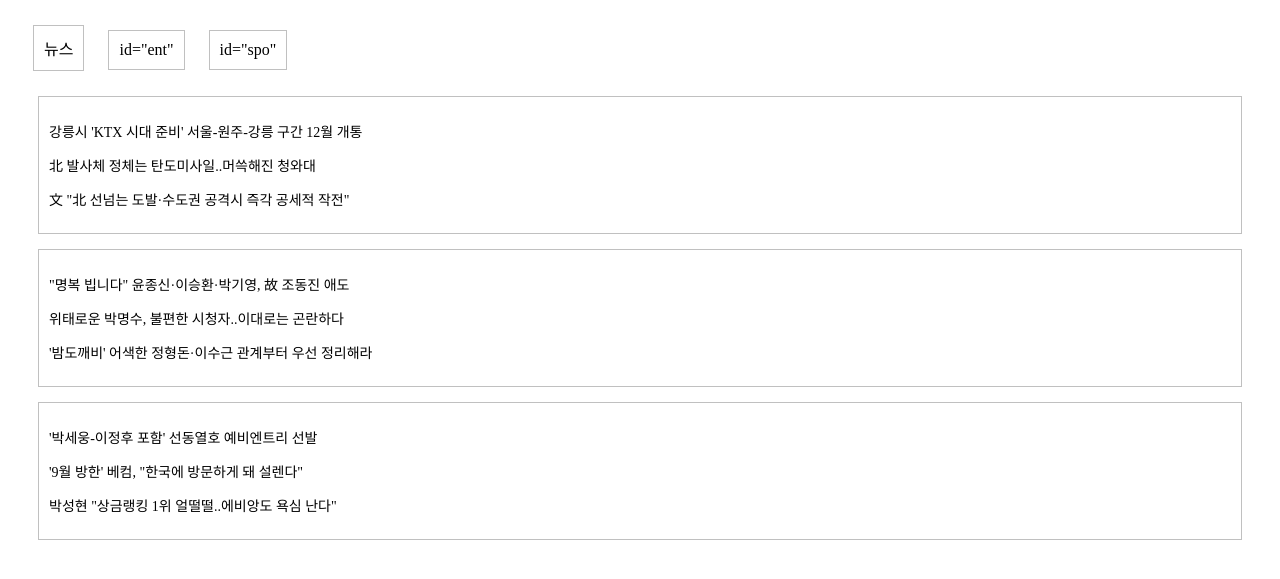
Repository: astute22/web-p
Page: simple-script/WebContent/exercise/sample2.html
The author's editor kept a copy of each file at every save. The page is drawn from the files as they stood at one save, then again after a run of saves.
The browser window is 1280 px wide. The pictures show the whole page.

Above is the page before, as saved 2017-08-28 07:37:48.

After the next 2 saves:
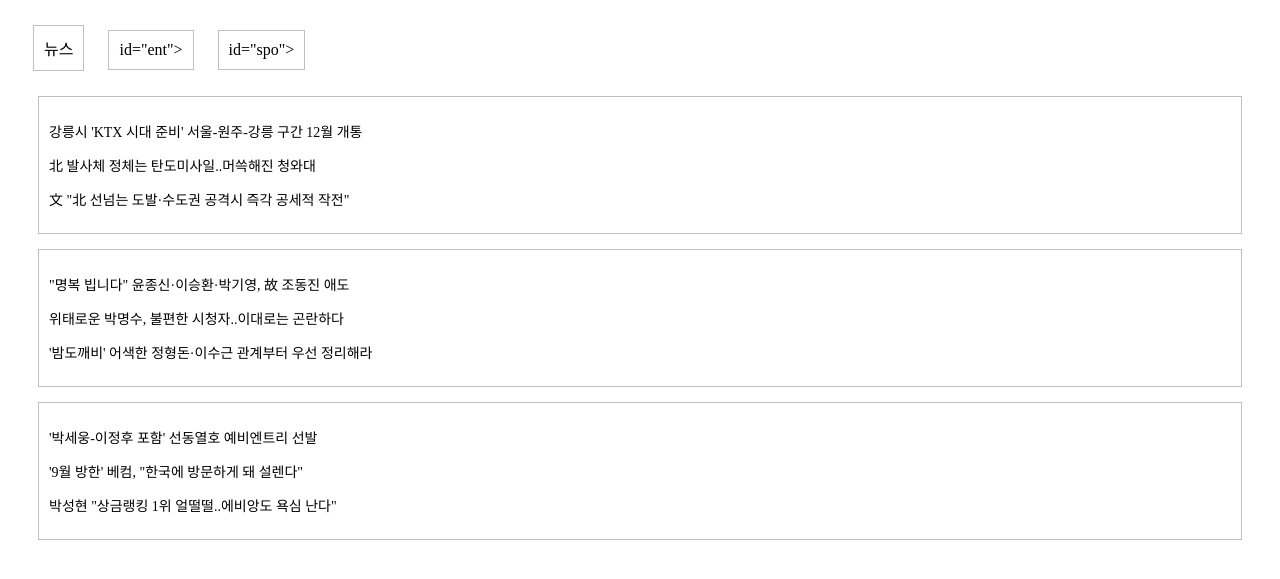
The 2 saves are shown as one change because they came seconds apart.
The last was saved 8 s later.
--- a/simple-script/WebContent/exercise/sample2.html
+++ b/simple-script/WebContent/exercise/sample2.html
@@ -23,8 +23,8 @@
 <body>
 	<div>
 		<label id="news">뉴스</label>
-		<label>id="ent"</label>
-		<label>id="spo"</label>
+		<label>id="ent"></label>
+		<label>id="spo"></label>
 	</div>
 	<div>
 		<div class="topics" id="n-news">
